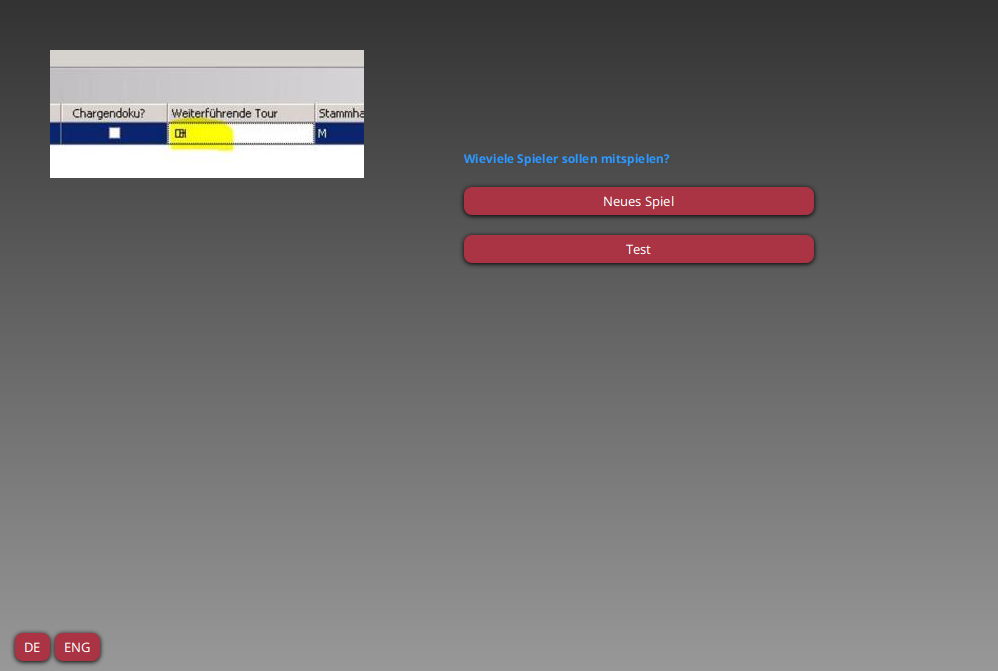
Repository: berger-designz/MenschAergereDichNicht
Program's window: java MenschAergereDichNicht/src/Game_GUI/GUI_Primary.java
The author's editor kept a copy of each file at every save. The program's window is drawn from the files as they stood at one save, then again after the next save.
It runs on Java 21 on a 1366 x 768 screen with JavaFX 11; the title bar is not drawn. It also reads MenschAergereDichNicht/src/style/test_pic_1.jpg.

Above is the program's window before, as saved 2016-05-25 13:35:21.

### MenschAergereDichNicht/src/Game_GUI/GUI_Primary.java
package Game_GUI;

import java.io.File;
import java.io.IOException;

import javafx.application.Application;
import javafx.application.Platform;
import javafx.collections.FXCollections;
import javafx.collections.ObservableList;
import javafx.event.EventHandler;
import javafx.fxml.FXMLLoader;
import javafx.geometry.Insets;
import javafx.scene.Scene;
import javafx.scene.control.Button;
import javafx.scene.control.Label;
import javafx.scene.control.ListView;
import javafx.scene.control.ToolBar;
import javafx.scene.image.Image;
import javafx.scene.image.ImageView;
import javafx.scene.layout.BorderPane;
import javafx.scene.layout.HBox;
import javafx.scene.layout.VBox;
import javafx.scene.paint.Color;
import javafx.scene.text.Font;
import javafx.scene.text.FontWeight;
import javafx.stage.Stage;
import javafx.stage.WindowEvent;

public class GUI_Primary extends Application
{

	private static Label top_label;
	private static Label bottom_label;
	private static Button gameStart_Button;
	private static Button test_button;
	private static Button lang_de_Button;
	private static Button lang_en_Button;
	private static ToolBar main_toolbar;

	public void startView(){
		// show GUI (JavaFX)
		String value = ""; // TODO: Welcher wert muss da sein ?
		launch(value);
		System.out.println("started");

	}

	@Override
	public void start(Stage stage) throws Exception
	{
		/*Image img1 = new Image ("test_pic_1.jpg");
		ImageView imgView1 = new ImageView(img1);*/
		Image img1 = new Image (new File("src/style/test_pic_1.jpg").toURI().toString());
		ImageView imgView1 = new ImageView(img1);

		/*Image img2 = new Image ("style/table.jpg", true);
		ImageView sub_image = new ImageView(img2);*/


		top_label = new Label("Wieviele Spieler sollen mitspielen?");
		top_label.setTextFill(Color.web("#2E9AFE"));
		top_label.setFont(Font.font("Verdana", FontWeight.BOLD, 12));

		bottom_label = new Label();
		bottom_label.setTextFill(Color.web("#2E9AFE"));
		bottom_label.setFont(Font.font("Verdana", FontWeight.BOLD, 12));





		gameStart_Button = new Button("Neues Spiel");
		gameStart_Button.setMaxSize(350, 0);
		test_button = new Button("Test");
		test_button.setMaxSize(350, 0);

		lang_de_Button = new Button("DE");
		lang_de_Button.setMaxSize(50, 0);
		lang_de_Button.setMaxWidth(Double.MAX_VALUE);
		lang_en_Button = new Button("ENG");
		lang_en_Button.setMaxSize(50, 0);
		lang_en_Button.setMaxWidth(Double.MAX_VALUE);

		VBox vbox = new VBox();
		vbox.getChildren().addAll(top_label, gameStart_Button, test_button);
		vbox.setPadding(new Insets(150, 50, 50, 50));
		vbox.setSpacing(20);


		HBox hbox_bottom = new HBox();
		hbox_bottom.getChildren().addAll(bottom_label, lang_de_Button, lang_en_Button);
		hbox_bottom.setSpacing(5);
		hbox_bottom.setPadding(new Insets(10, 10, 10, 10));

		HBox hbox_left = new HBox();
		hbox_left.getChildren().addAll(imgView1);
		hbox_left.setPadding(new Insets(50, 50, 50, 50));

		HBox hbox_right = new HBox();
		hbox_right.setPadding(new Insets(50, 50, 50, 50));

		BorderPane main_pane = new BorderPane();
		main_pane.setCenter(vbox);
		main_pane.setLeft(hbox_left);
		main_pane.setBottom(hbox_bottom);
		main_pane.setRight(hbox_right);

		Scene main_scene = new Scene(main_pane);
		main_scene.getStylesheets().add("style/style.css");

		stage.centerOnScreen();
		stage.setTitle("Game - Mensch ärgere Dich nicht");
		stage.setHeight(700);
		stage.setWidth(1000);
		stage.setScene(main_scene);
		stage.show();
		stage.setOnCloseRequest(new EventHandler<WindowEvent>() {
            public void handle(WindowEvent t) {
                Platform.exit();
                System.exit(0);
            }
        });



	}
	}

### MenschAergereDichNicht/src/style/style.css
.root {
	-fx-background-color: linear-gradient(#333333, #999999);
}

.button {
	-fx-background-color: #AA3344;
	-fx-text-fill: #FFFFFF;
	-fx-background-radius: 8,7,6;
    -fx-background-insets: 0,1,2;
    -fx-effect: dropshadow( three-pass-box , rgba(0,0,0,3) , 5, 0.0 , 0 , 1 );
}

.button:hover {
	-fx-background-color: linear-gradient(#AAAAAA, #AA3344);
	-fx-text-fill: #FFFFFF;
	-fx-border-radius: 5;
}

.button:pressed {
    -fx-effect: dropshadow( gaussian , rgba(0,0,0,0.7) , 10,0,0,1 );
    -fx-effect: innershadow( gaussian , rgba(0,0,0,0.7) , 20,0,0,0 );
}

.text-field {
	-fx-border-color: #AAAAAA;
	-fx-border-width: 2px;
}

.list-view {
	-fx-font: bold 12pt "Comic Sans MS";
}

.list-view *.scroll-bar:vertical {
    -fx-background-color: #AA3344;
    -fx-background-radius: 5;
}

.list-view:hover *.scroll-bar:vertical {
    -fx-background-color: linear-gradient(#AAAAAA, #AA3344);
    -fx-background-radius: 5;
}

After the next save:
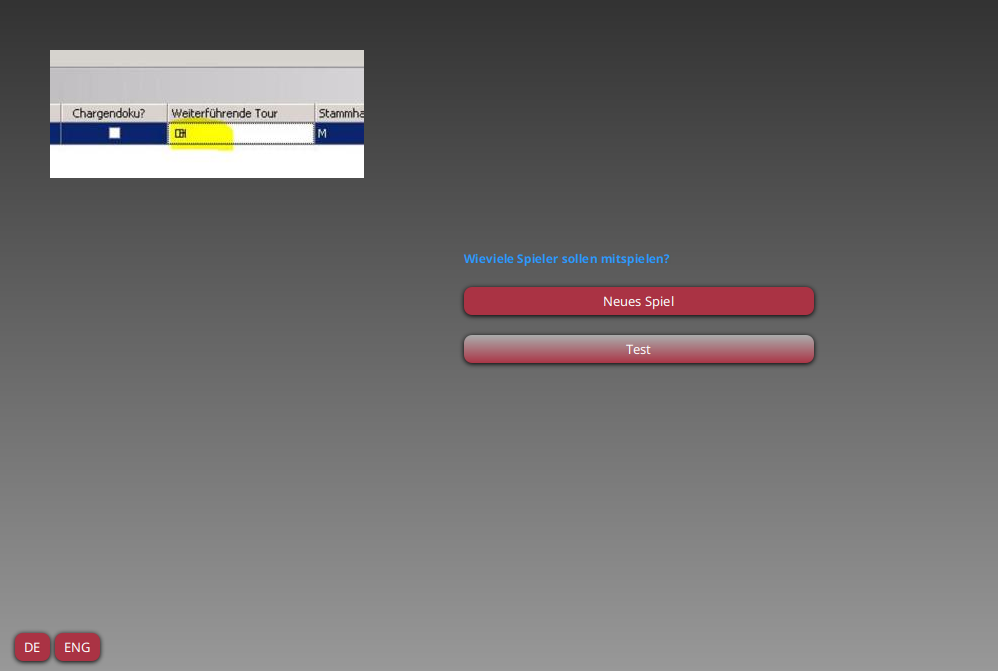
Saved 45 s later.
--- a/MenschAergereDichNicht/src/Game_GUI/GUI_Primary.java
+++ b/MenschAergereDichNicht/src/Game_GUI/GUI_Primary.java
@@ -83,7 +83,7 @@
 
 		VBox vbox = new VBox();
 		vbox.getChildren().addAll(top_label, gameStart_Button, test_button);
-		vbox.setPadding(new Insets(150, 50, 50, 50));
+		vbox.setPadding(new Insets(250, 50, 50, 50));
 		vbox.setSpacing(20);
 
 
